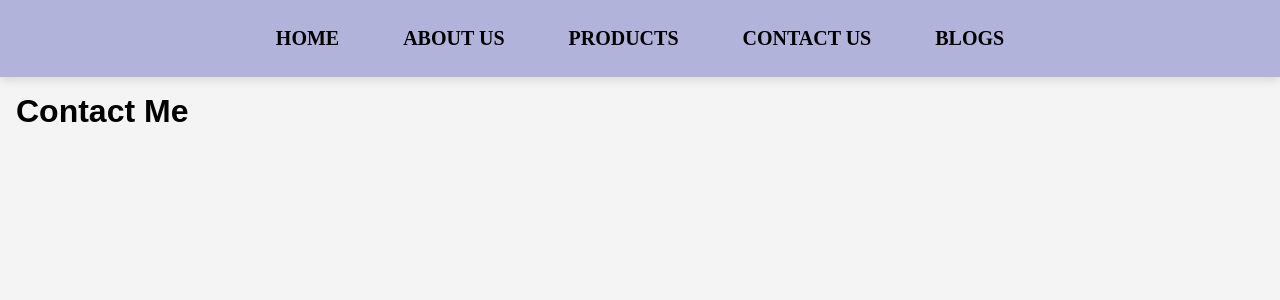
Repository: SharonSebastian32/ecommerce-web-using-react-framework
Page: /contact
The author's editor kept a copy of each file at every save. The page is drawn from the files as they stood at one save, then again after the next save.
The browser window is 1280 px wide. The pictures show the whole page.
Some web fonts or font styles are not loaded; a fallback is used. The project was rebuilt for these pictures with package versions that can differ from the ones it lists, and the page was loaded fresh each time. Also part of the build but not shown: src/Style/homeStyle.css, src/pages/Home.jsx, src/pages/Blogs.jsx, src/pages/NoPage.jsx, src/pages/About.jsx, src/ProductPage/productCard.jsx, src/ProductPage/productPage.jsx, src/index.css.

Above is the page before, as saved 2024-07-02 11:27:32.

After the next save:
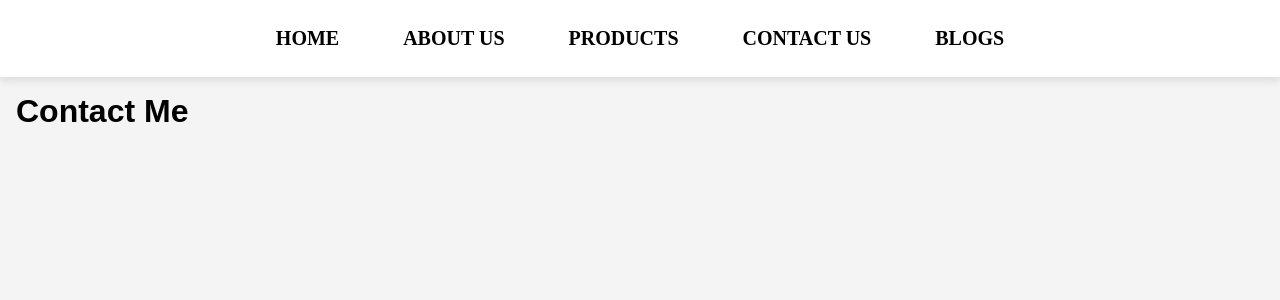
Saved 7 s later.
--- a/src/Style/layout1.css
+++ b/src/Style/layout1.css
@@ -8,7 +8,7 @@
     }
 
     nav {
-        background-color: #b1b3db;
+        background-color: #ffffff;
         box-shadow: 0 4px 8px rgba(0, 0, 0, 0.1);
     }
 
